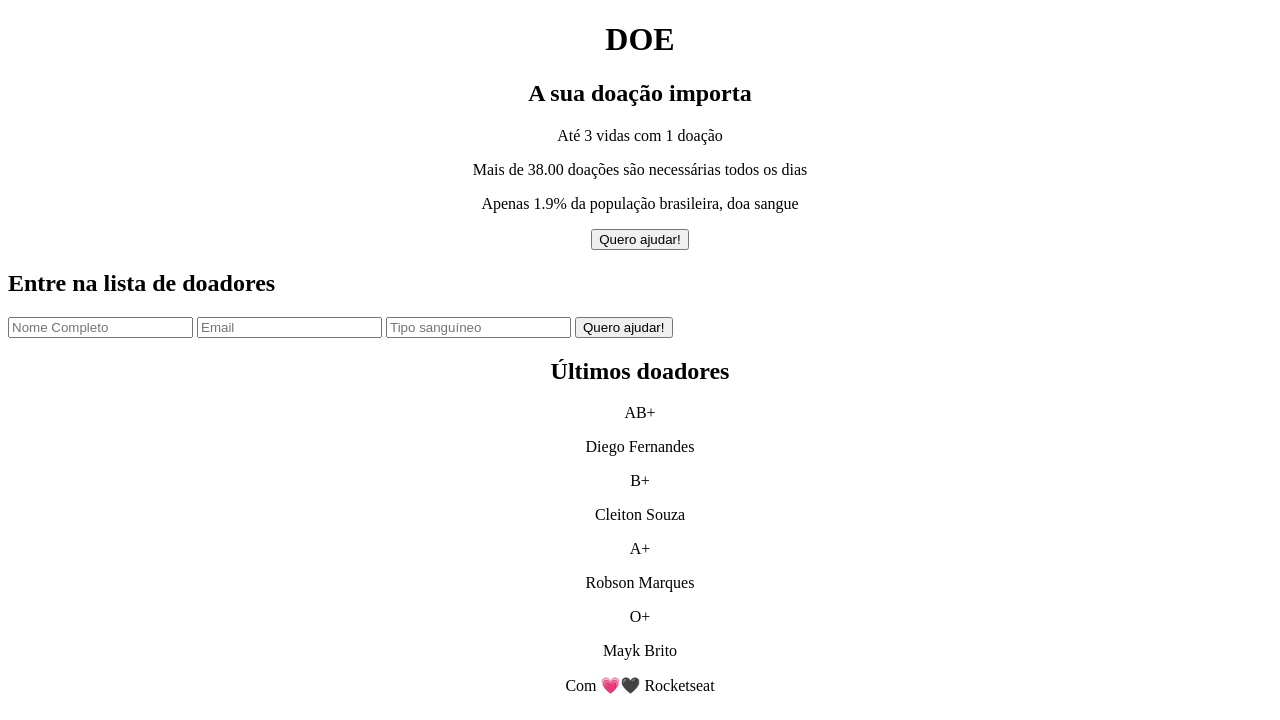
Repository: lucas-silva-dev/Doe
Page: index.html
An editor plug-in stored every save of this project. The page is shown before and after the next save, followed by the edit.
The browser window is 1280 px wide. The pictures show the whole page.

Above is the page before, as saved 2020-02-18 11:39:36.

### index.html
<!DOCTYPE html>
<!-- HTML
  HYPERTEXT
    Texto que contém links para outros documentos

  MARKUP
    Texto conterá marcações
    <tags>

  LANGUAGE
    Para comunicar de certa maneira. Sintaxe específica
-->
<html>

<head>
  <!-- são as configurações da minha página-->
  <title>Doe sangue! Doe vida!</title>

  <link rel="stylesheet" href="style.css">
</head>

<body>
  <!-- Aqui vem todo conteúdo visível para o usuário, dentro de certa página-->
  <header>
    <h1>DOE</h1>
    <h2>A sua doação importa</h2>
    <p>Até 3 vidas com 1 doação</p>
    <p>Mais de 38.00 doações são necessárias todos os dias</p>
    <p>Apenas 1.9% da população brasileira, doa sangue</p>
    <button>Quero ajudar!</button>
  </header>

  <section class="form">
    <h2>Entre na lista de doadores</h2>
    <form action="/">
      <input type="text" name="name" placeholder="Nome Completo">
      <input type="text" name="email" placeholder="Email">
      <input type="text" name="blood" placeholder="Tipo sanguíneo">
      <button type="submit">Quero ajudar!</button>
    </form>
  </section>

  <main>
    <h2>Últimos doadores</h2>

    <section class="donors">
      <div class="donor">
        <div class="blood">AB+</div>
        <p>Diego Fernandes</p>
      </div>
      <div class="donor">
        <div class="blood">B+</div>
        <p>Cleiton Souza</p>
      </div>
      <div class="donor">
        <div class="blood">A+</div>
        <p>Robson Marques</p>
      </div>
      <div class="donor">
        <div class="blood">O+</div>
        <p>Mayk Brito</p>
      </div>
    </section>
  </main>

  <footer> Com 💗🖤 Rocketseat</footer>
</body>

</html>

### style.css
/*
  CASCADING STYLESHEET
*/

/* ALINHAMENTOS, ESPAÇAMENTOS,
  LARGURAS E ALTURAS */
header,
main,
footer {
  text-align: center;
}

section.donors {
  display: grid;
  grid-template-columns: 4;
}

After the next save:
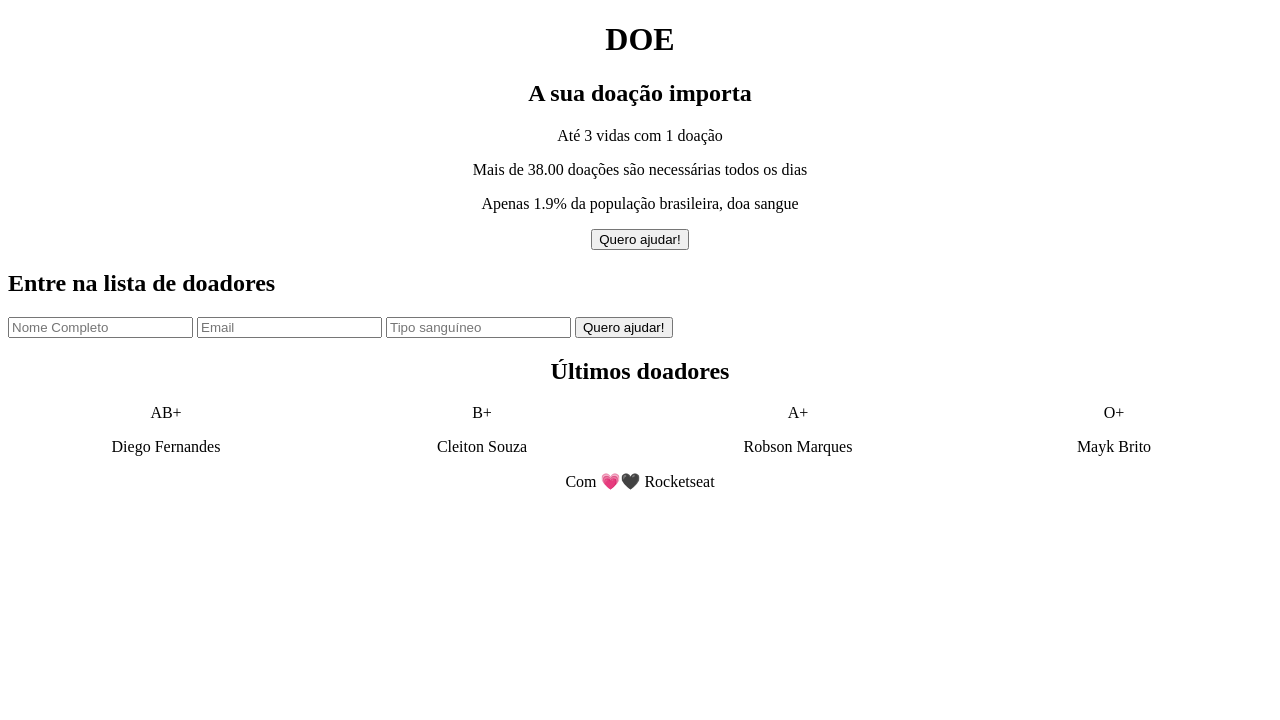
Saved 34 s later.
--- a/style.css
+++ b/style.css
@@ -12,5 +12,5 @@ footer {
 
 section.donors {
   display: grid;
-  grid-template-columns: 4;
+  grid-template-columns: 25% 25% 25% 25%;
 }
